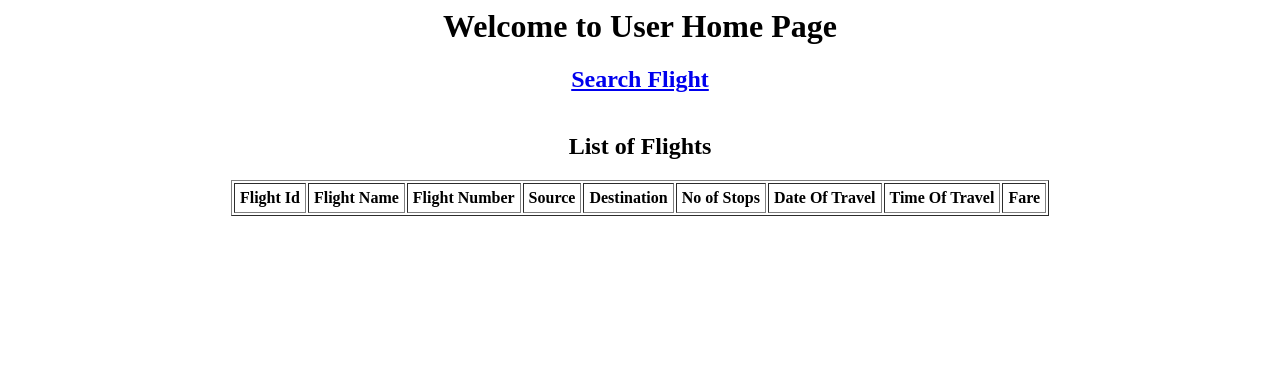
Repository: pawankas/Java_Mini_Project
Page: http://localhost/AirReservation/userHome.jsp
An editor plug-in stored every save of this project. The page is shown before and after the next save, followed by the edit.
The browser window is 1280 px wide. The pictures show the whole page.
The page is served by Tomcat 9. Other server files are loaded and not shown.

Above is the page before, as saved 2022-03-17 09:41:37.

### Mini_Project_Java/AirReservation/WebContent/userHome.jsp
<%@ page language="java" contentType="text/html; charset=UTF-8"
    pageEncoding="UTF-8"%>
<%@ taglib uri="http://java.sun.com/jsp/jstl/core" prefix="c" %>
<html>
<head>
    <title>Flight Reservation System</title>
</head>
<body>
    <center>
        <h1>Welcome to User Home Page</h1>

    </center>
        <center>

        <h2>


            <a href="searchByName.jsp">Search Flight</a>

        </h2>
    </center>
    <div align="center">
        <table border="1" cellpadding="5">
            <caption><h2>List of Flights</h2></caption>
            <tr>
                <th>Flight Id</th>
                <th>Flight Name</th>
                <th>Flight Number</th>
                <th>Source</th>
                <th>Destination</th>
                <th>No of Stops</th>
                <th>Date Of Travel</th>
                <th>Time Of Travel</th>
                <th>Fare</th>
            </tr>
          <c:forEach var="flight" items="${userList}">

                                <tr>
                                    <td>
                                        <c:out value="${flight.flightId}" />
                                    </td>
                                    <td>
                                        <c:out value="${flight.flightName}" />
                                    </td>
                                    <td>
                                        <c:out value="${flight.flightNumber}" />
                                    </td>
                                    <td>
                                        <c:out value="${flight.source}" />
                                    </td>
                                    <td>
                                        <c:out value="${flight.destination}" />
                                    </td>
                                    <td>
                                        <c:out value="${flight.noOfStops}" />
                                    </td>
                                    <td>
                                        <c:out value="${flight.date}" />
                                    </td>
                                    <td>
                                        <c:out value="${flight.time}" />
                                    </td>
                                    <td>
                                        <c:out value="${flight.price}" />
                                    </td>

                                </tr>
                            </c:forEach>

        </table>
    </div>

</body>
</html>

After the next save:
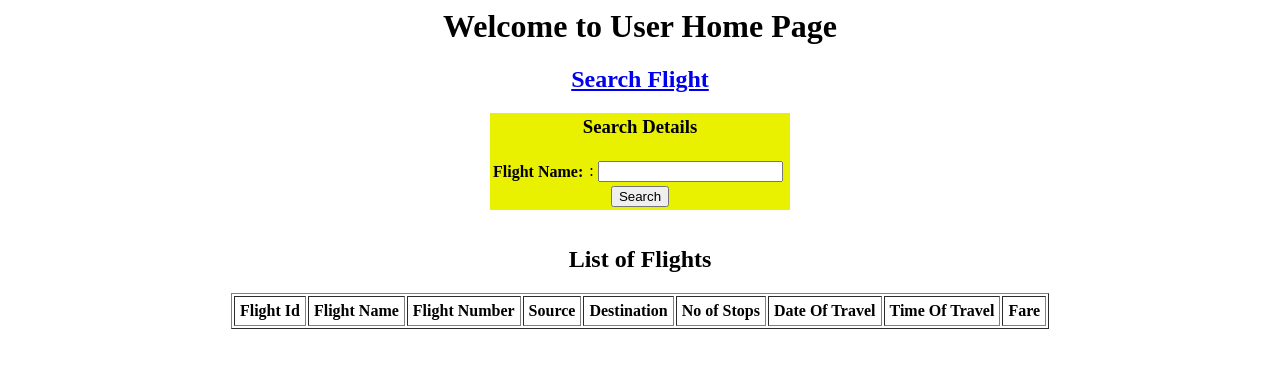
Saved 56 s later.
--- a/Mini_Project_Java/AirReservation/WebContent/userHome.jsp
+++ b/Mini_Project_Java/AirReservation/WebContent/userHome.jsp
@@ -18,6 +18,17 @@
             <a href="searchByName.jsp">Search Flight</a>
 
         </h2>
+        <form method="post" action="Search">
+      <table border="0" width="300" align="center" bgcolor="#e9fh">
+        <tr><td colspan=2 style="font-size:12pt;" align="center">
+        <h3>Search Details</h3></td></tr>
+        <tr><td ><b>Flight Name:</b></td>
+          <td>: <input  type="text" name="flightName" id="flightName">
+        </td></tr>
+        <tr><td colspan=2 align="center">
+        <input  type="submit" value="Search" ></td></tr>
+      </table>
+    </form>
     </center>
     <div align="center">
         <table border="1" cellpadding="5">
